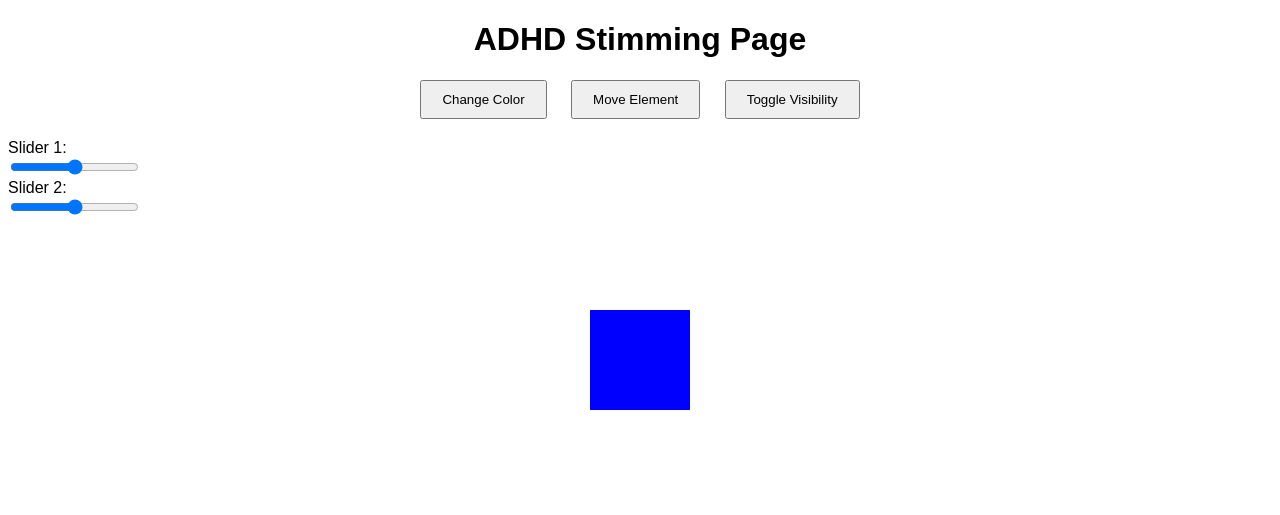
Repository: anderscederberg11/unhandledRuntimeError.json
Page: Henver/henver3.html
An editor plug-in stored every save of this project. The page is shown before and after the next save, followed by the edit.
The browser window is 1280 px wide. The pictures show the whole page.

Above is the page before, as saved 2024-05-24 19:01:13.

After the next save:
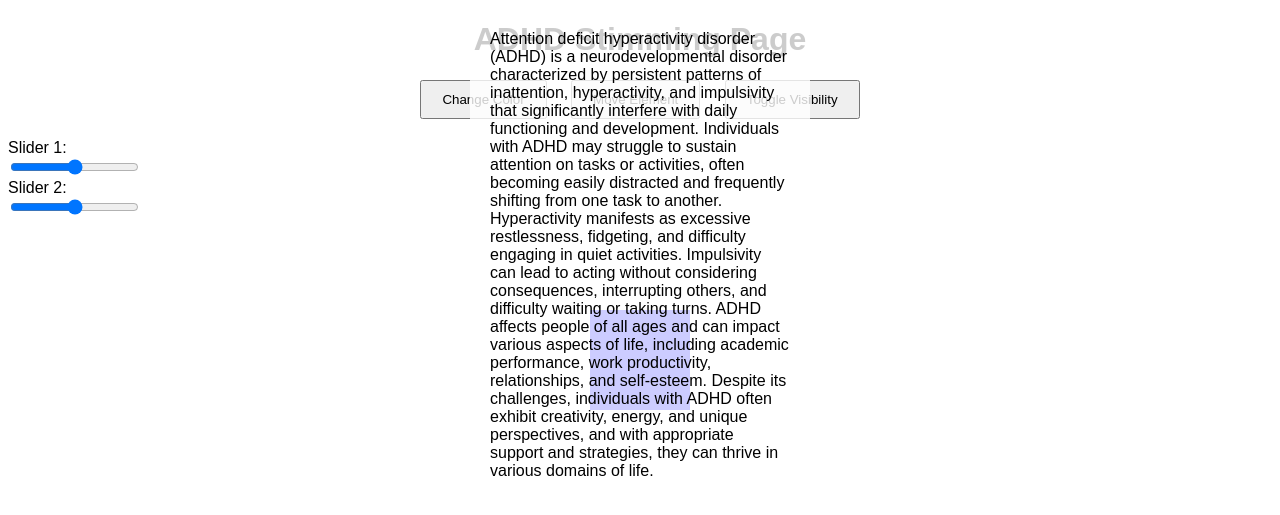
Saved 112 s later.
--- a/Henver/henver3.html
+++ b/Henver/henver3.html
@@ -23,6 +23,12 @@
     </div>
 
     <div id="movableElement" class="movable-element"></div>
+
+    <div style="position: relative;">
+        <p style="position: absolute; top: 50%; left: 50%; transform: translate(-50%, -50%); width: 300px; background-color: rgba(255, 255, 255, 0.8); padding: 20px; border-radius: 10px;">
+          Attention deficit hyperactivity disorder (ADHD) is a neurodevelopmental disorder characterized by persistent patterns of inattention, hyperactivity, and impulsivity that significantly interfere with daily functioning and development. Individuals with ADHD may struggle to sustain attention on tasks or activities, often becoming easily distracted and frequently shifting from one task to another. Hyperactivity manifests as excessive restlessness, fidgeting, and difficulty engaging in quiet activities. Impulsivity can lead to acting without considering consequences, interrupting others, and difficulty waiting or taking turns. ADHD affects people of all ages and can impact various aspects of life, including academic performance, work productivity, relationships, and self-esteem. Despite its challenges, individuals with ADHD often exhibit creativity, energy, and unique perspectives, and with appropriate support and strategies, they can thrive in various domains of life.
+        </p>
+      </div>
 
 <script>
     function changeColor() {
